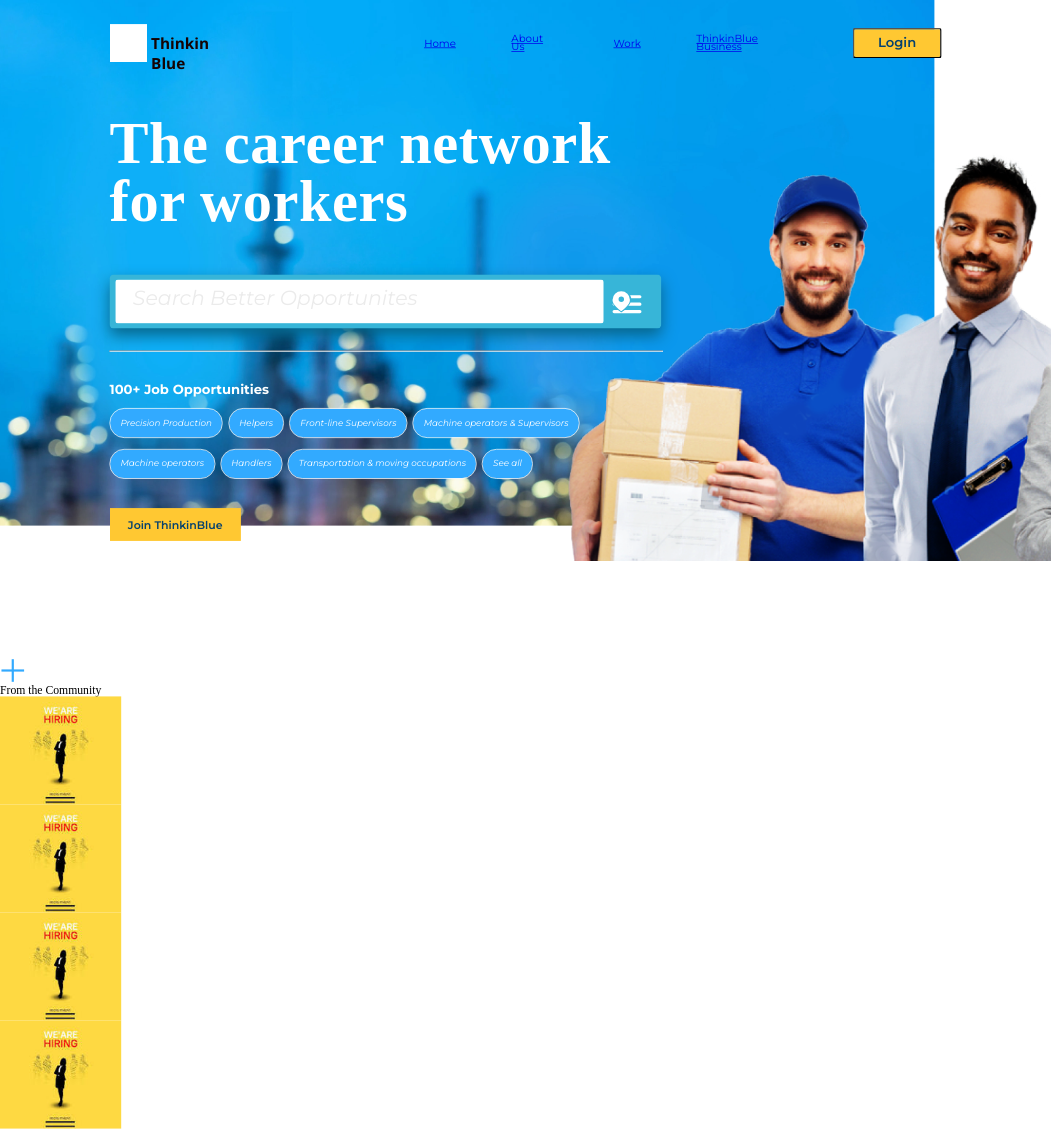
Repository: shekharyadav638/OSL_Assignment_1
Page: index.html
These files come from the project's save history. The page is drawn as it stood at one moment and after the next save; the edit follows.
The browser window is 1280 px wide. The page is 1440 px wide, so the pictures cover 1440 px, including what lies to the right of the window. The pictures show the whole page, at 73% of full size.
The style sheet was rebuilt from its Sass, Less or Tailwind sources for each picture, by a compiler version that may differ from the author's.

Above is the page before, as saved 2024-07-13 15:20:09.

After the next save:
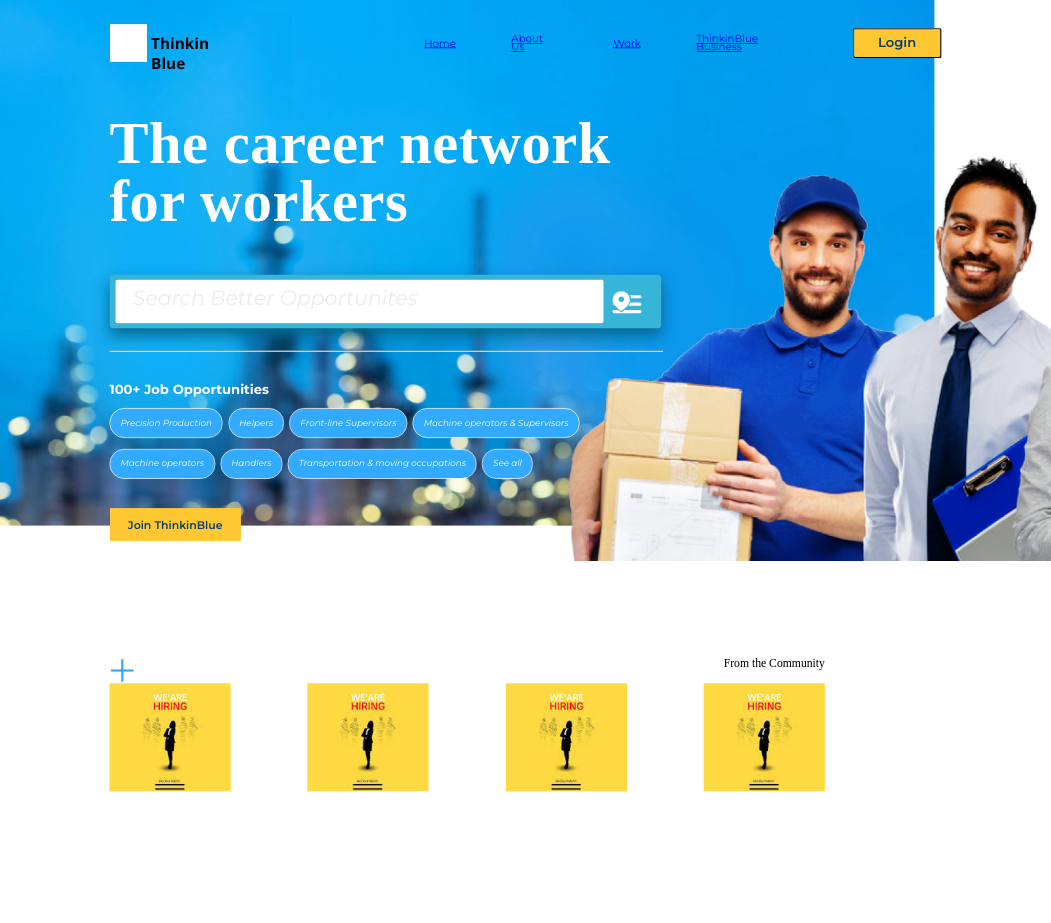
Saved 102 s later.
--- a/_hiring.scss
+++ b/_hiring.scss
@@ -1,3 +1,13 @@
 .hiring {
-  margin-top: 180px;
+  margin: 180px 150px;
+
+  &_top {
+    display: flex;
+    justify-content: space-between;
+  }
+
+  &_body {
+    display: flex;
+    justify-content: space-between;
+  }
 }
